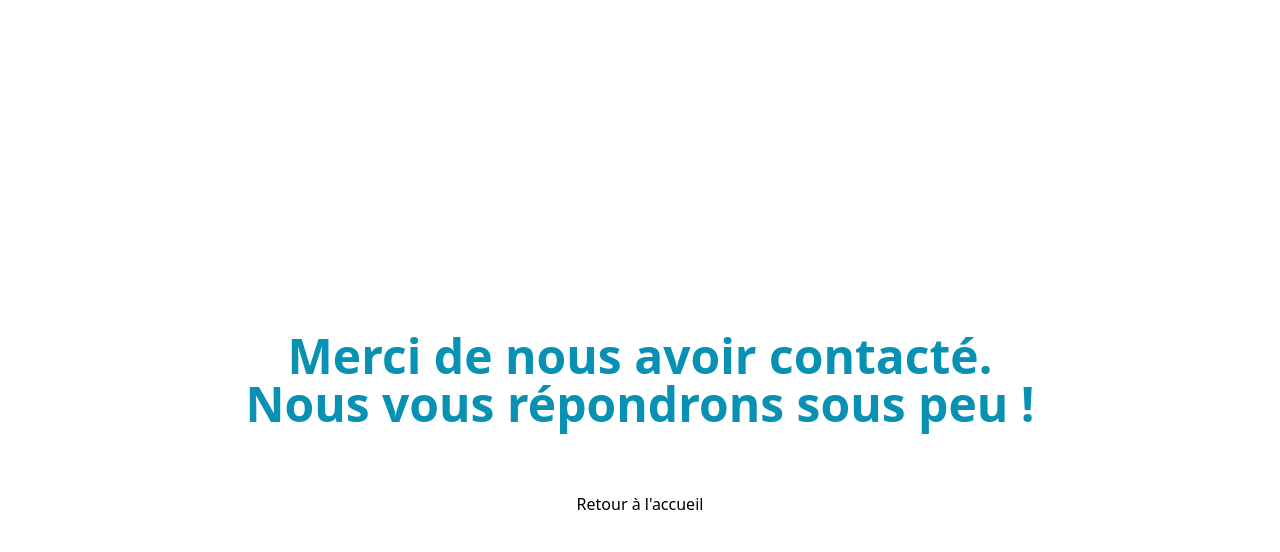
Repository: CarmenFerlatte/TP3__FerlatteCarmen
Page: confirmation.html
These files come from the project's save history. The page is drawn as it stood at one moment and after the next save; the edit follows.
The browser window is 1280 px wide. The pictures show the whole page.
Some web libraries are served in a nearby version. The style sheet was rebuilt from its Sass, Less or Tailwind sources for each picture, by a compiler version that may differ from the author's.

Above is the page before, as saved 2024-08-29 12:36:27.

After the next save:
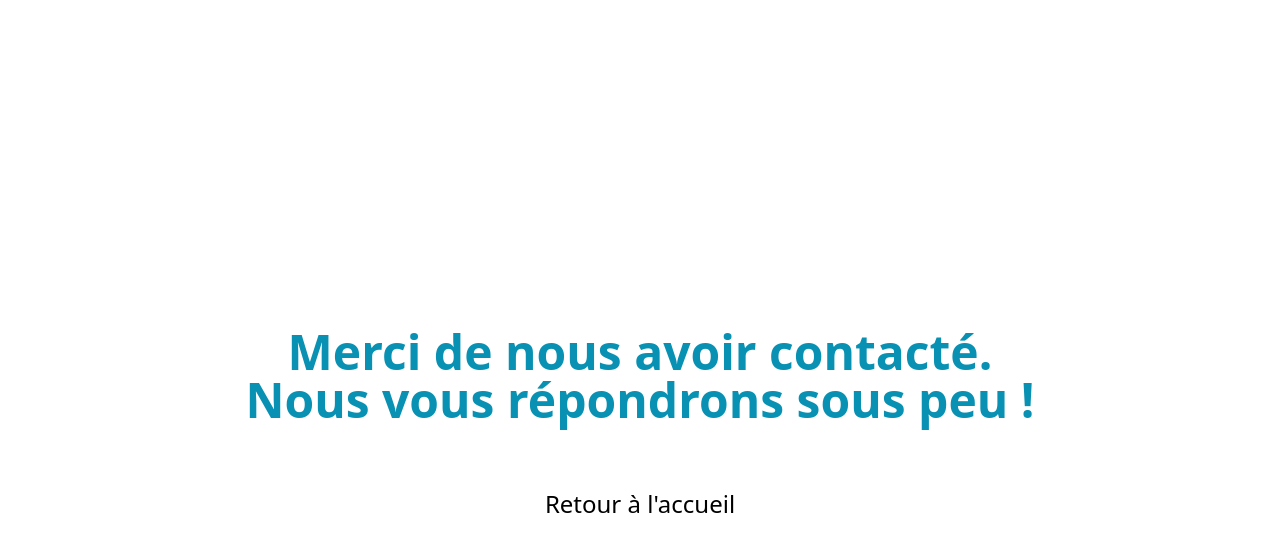
Saved 7 s later.
--- a/confirmation.html
+++ b/confirmation.html
@@ -24,7 +24,7 @@
             <div class="container">
                 <div class="col-12 text-center">
                     <h1 class="text-center text-3xl lg:text-4xl xl:text-5xl font-bold pt-32 pb-4 md:pb-16 text-cyan-600">Merci de nous avoir contacté.<br> Nous vous répondrons sous peu !</h1>
-                    <a class="cursor-pointer text-1xl" href="index.html" title="Retour à la page d'accueil">Retour à l'accueil</a>
+                    <a class="cursor-pointer text-2xl" href="index.html" title="Retour à la page d'accueil">Retour à l'accueil</a>
                 </div>
             </div>
     </main>
